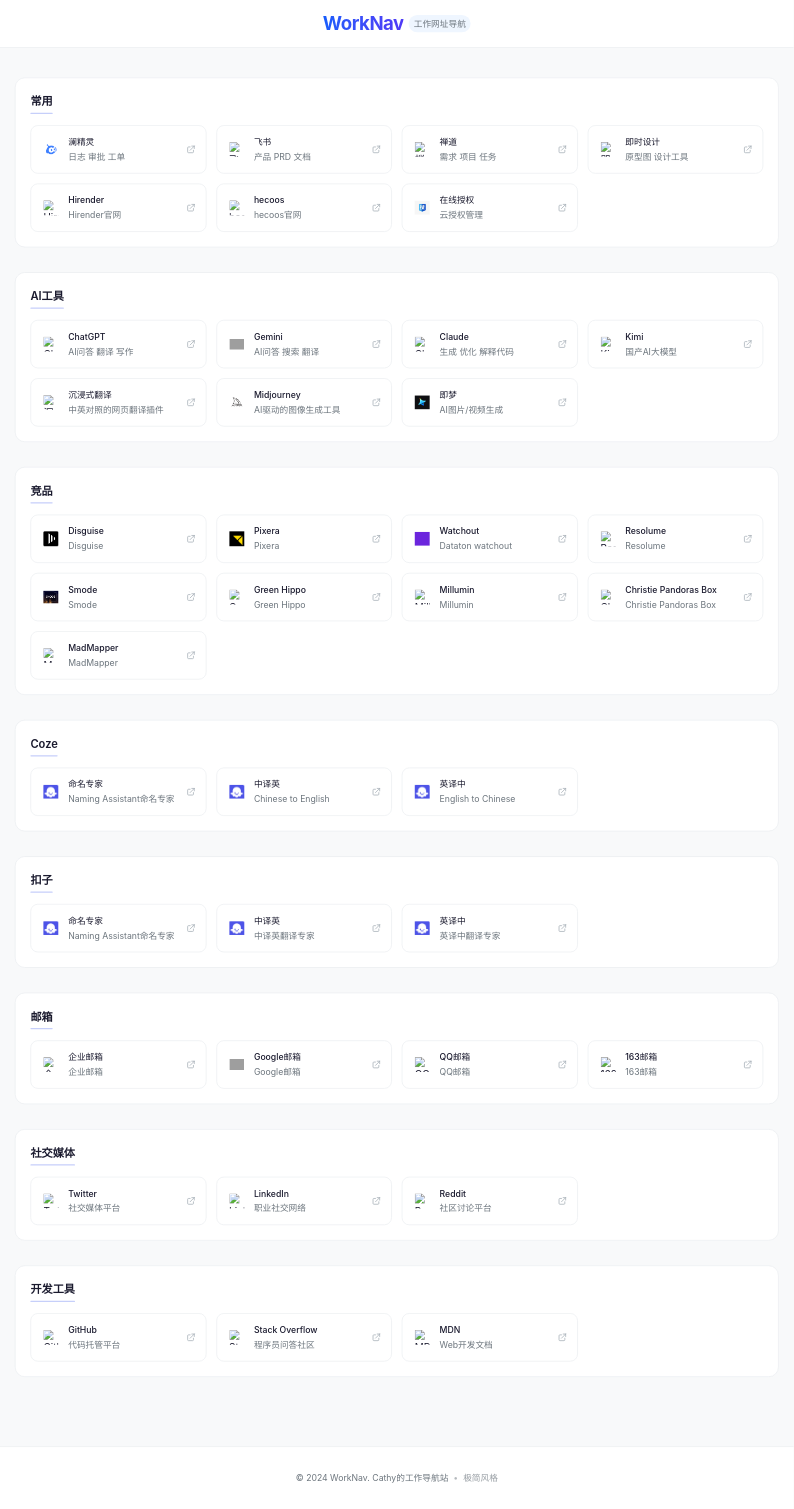
Repository: SweetPomelo0/WorkNav
Page: /
An editor plug-in stored every save of this project. The page is shown before and after the next save, followed by the edit.
The browser window is 1280 px wide. The pictures show the whole page, at 62% of full size.
Pictures or frames that could not be fetched are drawn as grey boxes. The project was rebuilt for these pictures with package versions that can differ from the ones it lists, and the page was loaded fresh each time. The framework's server and built-in components were replaced by stand-ins that run in the browser. Also part of the build but not shown: next.config.ts.

Above is the page before, as saved 2025-07-26 21:07:54.

After the next save:
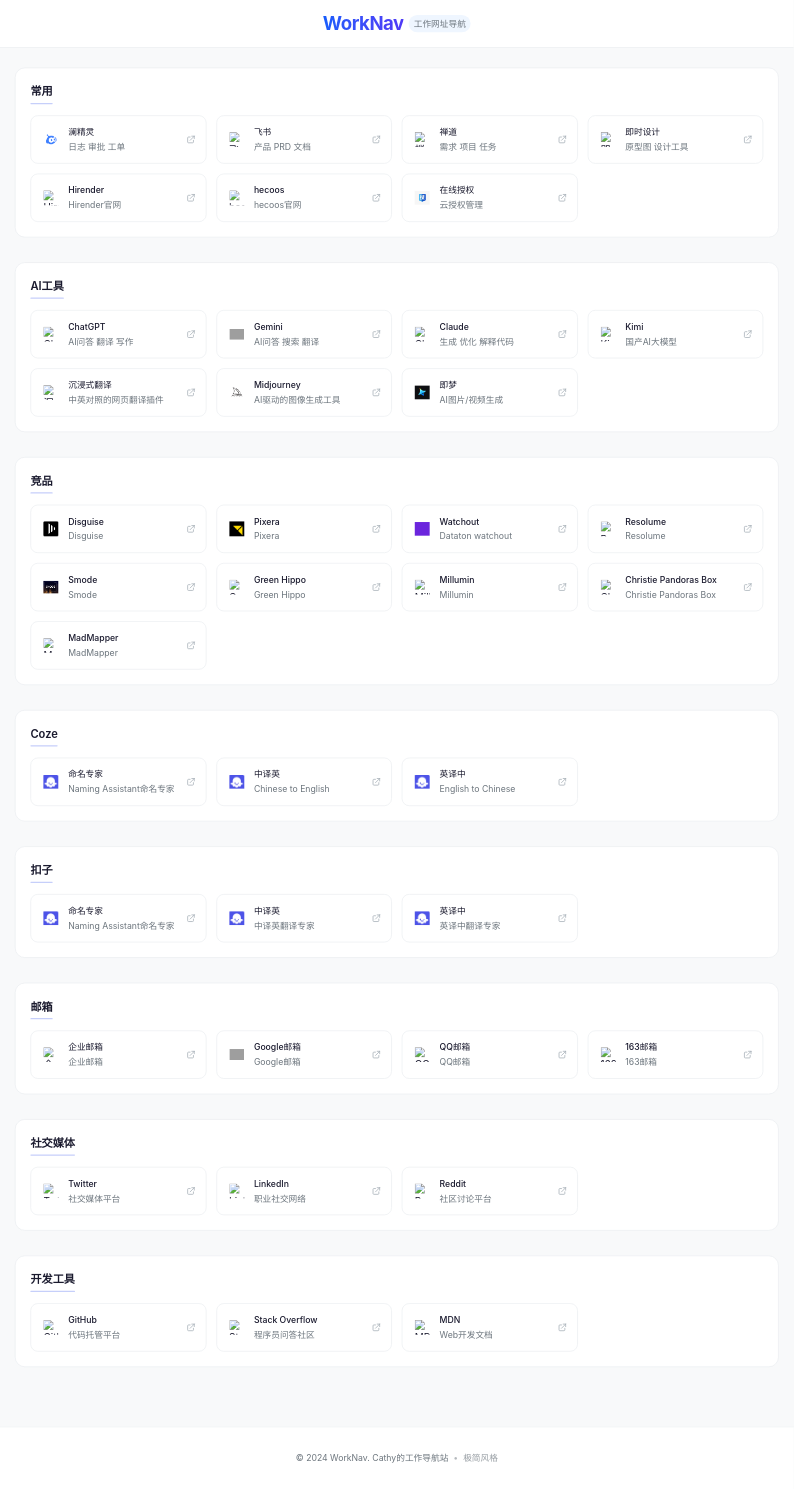
Saved 4 s later.
--- a/src/app/page.tsx
+++ b/src/app/page.tsx
@@ -98,7 +98,7 @@
       </header>
 
       {/* Main Content */}
-       <main className="max-w-7xl mx-auto px-6 py-12">
+       <main className="max-w-7xl mx-auto px-6 py-8">
          <div className="space-y-10">
            {categories.map((category, index) => (
              <div
